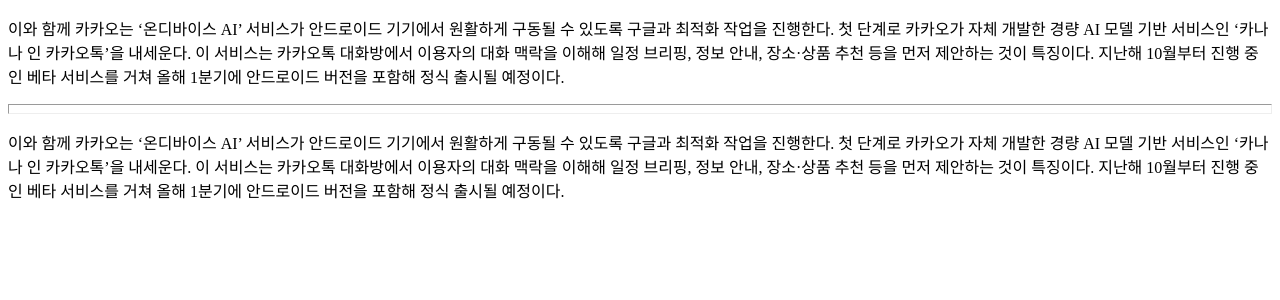
Repository: HongTaeHun337/HTML-CSS-JavaScript-
Page: html/HtmlTest/src/main/webapp/ex08_hr.html
The author's editor kept a copy of each file at every save. The page is drawn from the files as they stood at one save, then again after the next save.
The browser window is 1280 px wide. The pictures show the whole page.

Above is the page before, as saved 2026-02-13 00:35:56.

After the next save:
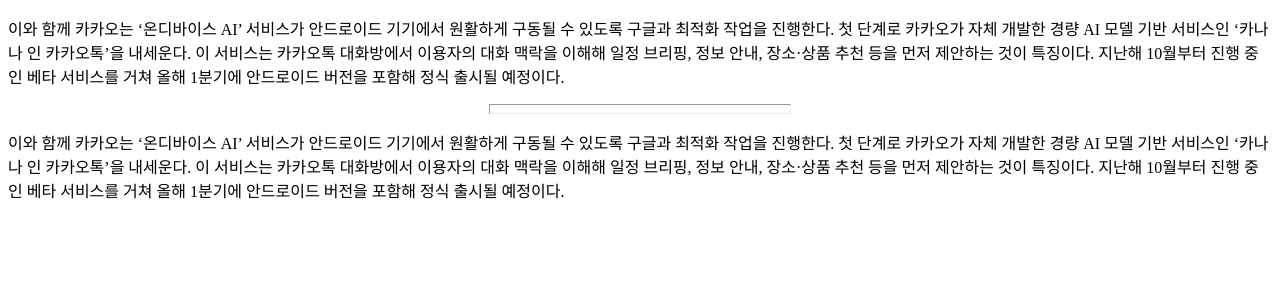
Saved 8 min 11 s later.
--- a/html/HtmlTest/src/main/webapp/ex08_hr.html
+++ b/html/HtmlTest/src/main/webapp/ex08_hr.html
@@ -15,13 +15,13 @@
 		- 단독태그
 
 		hr 속성
-
 		1. size: 선의 두께
+		2. width: 선의 너비
 
 
 		HTML 속성값의 형태(***)
 		1. 숫자형
-			- 단위 없음: 픽셀
+			- 단위 없음: 픽셀(pixel, 화소) > ? > 화상을 구성하는 최소 단위(단일 색상을 가지는 점 1개)
 			- 단위 없음: 글꼴 크기
 			- 단위 없음: 글자 개수
 
@@ -32,7 +32,7 @@
 	 이용자의 대화 맥락을 이해해 일정 브리핑, 정보 안내, 장소·상품 추천 등을 먼저 제안하는 것이 특징이다.
 	 지난해 10월부터 진행 중인 베타 서비스를 거쳐 올해 1분기에 안드로이드 버전을 포함해 정식 출시될 예정이다.</p>
 
-	 <hr size = "10">
+	 <hr size = "10" width = "300">
 
 	 <p>이와 함께 카카오는 ‘온디바이스 AI’ 서비스가 안드로이드 기기에서 원활하게 구동될 수 있도록 구글과 최적화 작업을 진행한다.
 	 첫 단계로 카카오가 자체 개발한 경량 AI 모델 기반 서비스인 ‘카나나 인 카카오톡’을 내세운다. 이 서비스는 카카오톡 대화방에서
